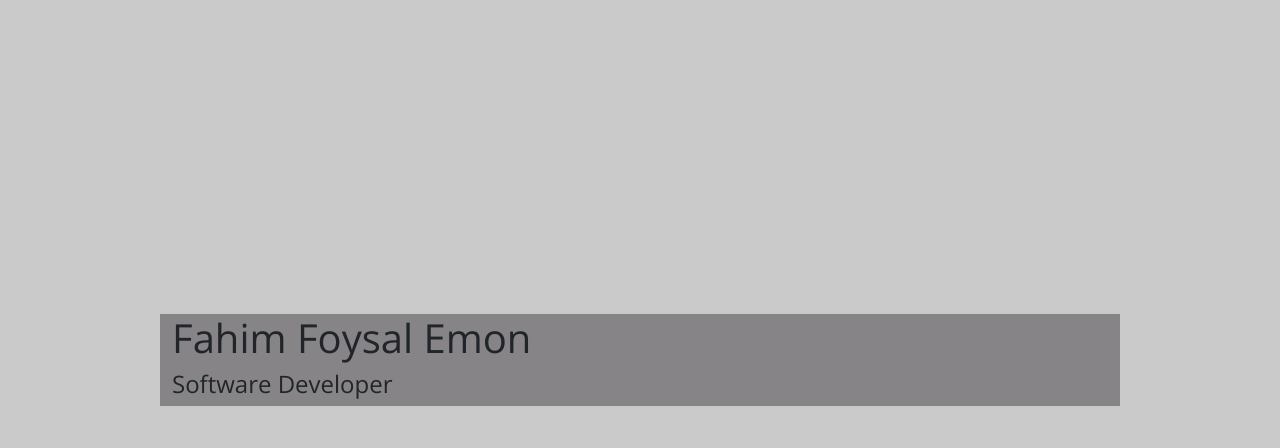
Repository: emowzz/emowzz.github.io
Page: index.html
The author's editor kept a copy of each file at every save. The page is drawn from the files as they stood at one save, then again after the next save.
The browser window is 1280 px wide. The pictures show the whole page.
Some web libraries are served in a nearby version.

Above is the page before, as saved 2021-03-17 17:20:37.

### index.html
<!doctype html>
<html lang="en">
  <head>
    <!-- Required meta tags -->
    <meta charset="utf-8">
    <meta name="viewport" content="width=device-width, initial-scale=1">
    <link rel="shortcut icon" type="image/png" href="./Image/myImgZoom.jpg">
    <!-- Bootstrap CSS -->
    <link href="https://cdn.jsdelivr.net/npm/bootstrap@5.0.0-beta2/dist/css/bootstrap.min.css" rel="stylesheet" integrity="sha384-BmbxuPwQa2lc/FVzBcNJ7UAyJxM6wuqIj61tLrc4wSX0szH/Ev+nYRRuWlolflfl" crossorigin="anonymous">
    <link rel="preconnect" href="https://fonts.gstatic.com">
    <link href="https://fonts.googleapis.com/css2?family=Open+Sans:wght@300&display=swap" rel="stylesheet">
    <link rel="stylesheet" href="./CSS/style.css">


    <title>Hi There, I'm Fahim Foysal Emon!</title>

    <script src="https://kit.fontawesome.com/a076d05399.js" crossorigin="anonymous"></script>
  </head>
  <body>
    <section class="banner-container container-fluid">
      <div class="row vh-100">
        <div class="col-md-9 banner-column m-auto">
            <h1>Fahim Foysal Emon</h1>
            <h4>Software Developer</h4>
        </div>
      </div>
    </section>

    <!-- Optional JavaScript; choose one of the two! -->

    <!-- Option 1: Bootstrap Bundle with Popper -->
    <script src="https://cdn.jsdelivr.net/npm/bootstrap@5.0.0-beta2/dist/js/bootstrap.bundle.min.js" integrity="sha384-b5kHyXgcpbZJO/tY9Ul7kGkf1S0CWuKcCD38l8YkeH8z8QjE0GmW1gYU5S9FOnJ0" crossorigin="anonymous"></script>

    <!-- Option 2: Separate Popper and Bootstrap JS -->
    <!--
    <script src="https://cdn.jsdelivr.net/npm/@popperjs/core@2.6.0/dist/umd/popper.min.js" integrity="sha384-KsvD1yqQ1/1+IA7gi3P0tyJcT3vR+NdBTt13hSJ2lnve8agRGXTTyNaBYmCR/Nwi" crossorigin="anonymous"></script>
    <script src="https://cdn.jsdelivr.net/npm/bootstrap@5.0.0-beta2/dist/js/bootstrap.min.js" integrity="sha384-nsg8ua9HAw1y0W1btsyWgBklPnCUAFLuTMS2G72MMONqmOymq585AcH49TLBQObG" crossorigin="anonymous"></script>
    -->
  </body>
</html>

### CSS/style.css
body {
    font-family: 'Open Sans', sans-serif;
}


.banner-container {
    background-color: #CACACA;
}

.banner-column {
    background-color: #868486;
}

After the next save:
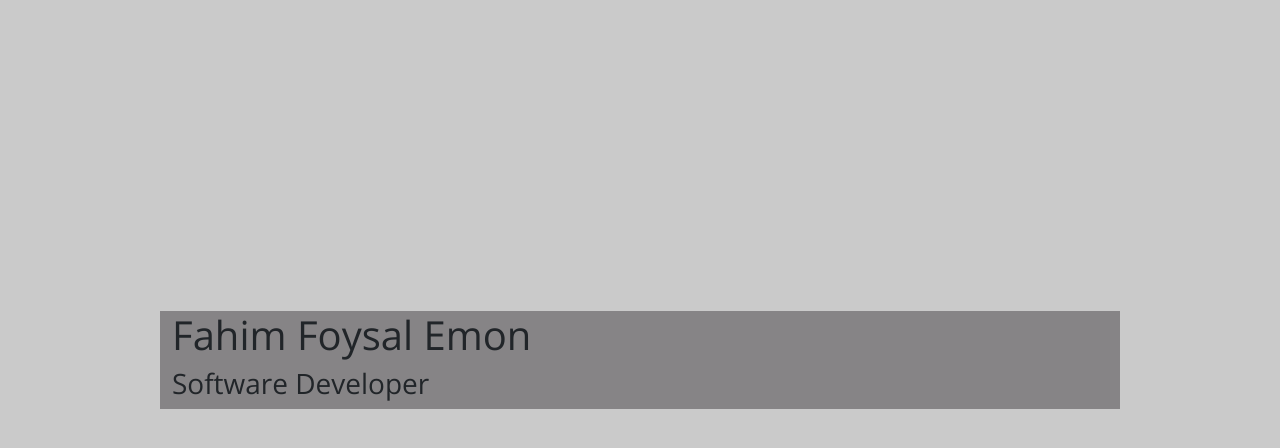
Saved 9 s later.
--- a/index.html
+++ b/index.html
@@ -21,7 +21,7 @@
       <div class="row vh-100">
         <div class="col-md-9 banner-column m-auto">
             <h1>Fahim Foysal Emon</h1>
-            <h4>Software Developer</h4>
+            <h3>Software Developer</h3>
         </div>
       </div>
     </section>
